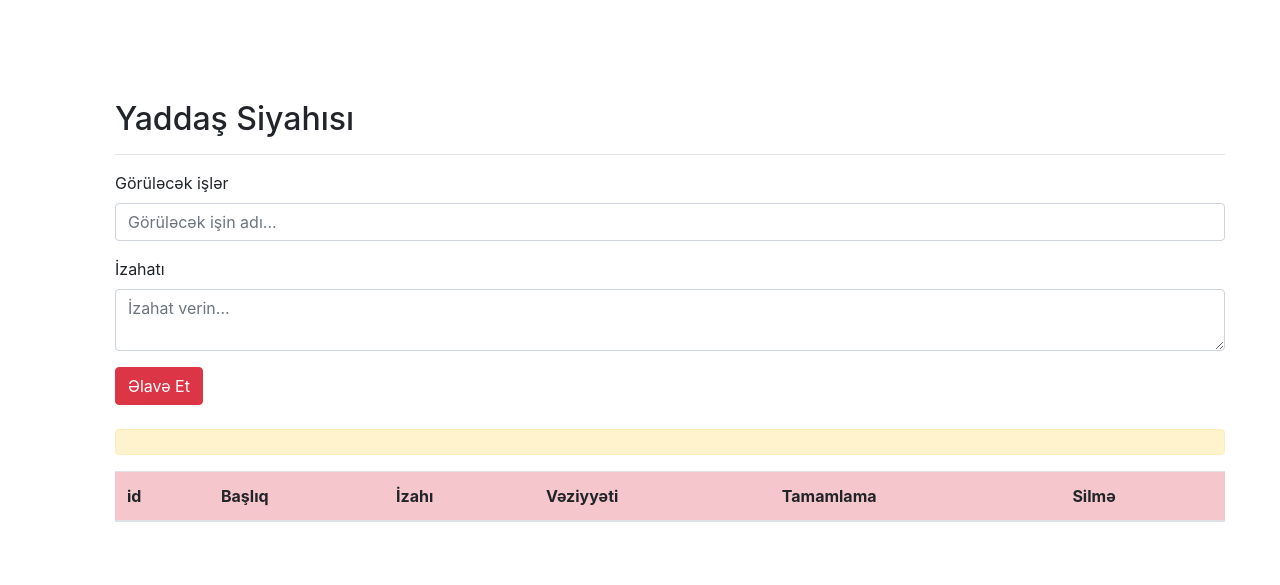
Repository: elvinyeka/ToDoApp
Page: http://localhost/
An editor plug-in stored every save of this project. The page is shown before and after the next save, followed by the edit.
The browser window is 1280 px wide. The pictures show the whole page.
Some web libraries are served in a nearby version. The page is served by the project's application, run on Flask 3 (todo.py). Queries for data that is not in the repository find no rows.

Above is the page before, as saved 2020-09-27 22:36:28.

### templates/index.html
<!DOCTYPE html>
<html lang="en">

<head>
    <meta charset="UTF-8">
    <meta name="viewport" content="width=device-width, initial-scale=1.0">
    <link rel="stylesheet" href="https://maxcdn.bootstrapcdn.com/bootstrap/4.0.0/css/bootstrap.min.css" integrity="sha384-Gn5384xqQ1aoWXA+058RXPxPg6fy4IWvTNh0E263XmFcJlSAwiGgFAW/dAiS6JXm" crossorigin="anonymous">
    <title>ToDoApp</title>
</head>

<body>
    <div style="margin: 100px;" class="container">
        <h2>Yaddaş Siyahısı</h2>
        <hr>
        <form action="/add" method="POST">
            <div class="form-group">
                <label for="todolist">Görüləcək işlər</label>
                <input type="text" name="title" class="form-control" id="todolist" placeholder="Görüləcək işin adı...">
            </div>
            <div class="form-group">
                <label for="explanation">İzahatı</label>
                <textarea type="text" name="content" class="form-control" id="explanation" placeholder="İzahat verin..."></textarea>
            </div>

            <button type="submit" class="btn btn-danger">Əlavə Et</button>
        </form>
        <br> {% if todos == [] %}

        <div class="alert alert-warning">

        </div>

        {% else %} {% endif %}

        <table class="table table-hover">
            <thead class="table-danger">
                <tr>
                    <th scope="col">id</th>
                    <th scope="col">Başlıq</th>
                    <th scope="col">İzahı</th>
                    <th scope="col">Vəziyyəti</th>
                    <th scope="col">Tamamlama</th>
                    <th scope="col">Silmə</th>
                </tr>
            </thead>
            <tbody>
                {% for todo in todos %}
                <tr>
                    <th scope="row">{{todo.id}}</th>
                    <td>{{todo.title}}</td>
                    <td>{{todo.content}}</td>
                    {% if todo.complete == False %}
                    <td>Tamamlanmayıb!</td>
                    {% else %}
                    <td>Tamamlanıb!</td>
                    {% endif %}
                    <td>
                        <a href="/complete/{{todo.id}}" class="btn btn-danger">Tamamla</a>
                    </td>
                    <td>
                        <a href="/delete/{{todo.id}}" class="btn btn-danger">Sil</a>
                    </td>
                </tr>
                {% endfor %}
            </tbody>


        </table>
    </div>


    <script src="https://code.jquery.com/jquery-3.2.1.slim.min.js" integrity="sha384-KJ3o2DKtIkvYIK3UENzmM7KCkRr/rE9/Qpg6aAZGJwFDMVNA/GpGFF93hXpG5KkN" crossorigin="anonymous"></script>
    <script src="https://cdnjs.cloudflare.com/ajax/libs/popper.js/1.12.9/umd/popper.min.js" integrity="sha384-ApNbgh9B+Y1QKtv3Rn7W3mgPxhU9K/ScQsAP7hUibX39j7fakFPskvXusvfa0b4Q" crossorigin="anonymous"></script>
    <script src="https://maxcdn.bootstrapcdn.com/bootstrap/4.0.0/js/bootstrap.min.js" integrity="sha384-JZR6Spejh4U02d8jOt6vLEHfe/JQGiRRSQQxSfFWpi1MquVdAyjUar5+76PVCmYl" crossorigin="anonymous"></script>
</body>

</html>

### todo.py
from flask import Flask,render_template,request,redirect,url_for
from flask_sqlalchemy import SQLAlchemy

app = Flask(__name__)
app.config['SQLALCHEMY_DATABASE_URI'] = 'sqlite:////Users/Elvin/Desktop/ToDoApp/todo.db'
db = SQLAlchemy(app)

@app.route("/")
def index():
    todos = Todo.query.all()

    return render_template("index.html",todos = todos)

@app.route("/add", methods=["POST"])
def addTodo():
    title = request.form.get("title")
    content = request.form.get("content")

    newTodo = Todo(title=title,content=content, complete=False)

    db.session.add(newTodo)
    db.session.commit()
    return redirect(url_for("index"))

@app.route("/complete/<string:id>")
def completeTodo(id):
    todo = Todo.query.filter_by(id=id).first()
    if (todo.complete == False):
        todo.complete = True
    else:
        todo.complete = False

    db.session.commit()
    return redirect(url_for("index"))

@app.route("/delete/<string:id>")
def deleteTodo(id):
    todo = Todo.query.filter_by(id=id).first()
    db.session.delete(todo)
    db.session.commit()
    return redirect(url_for("index"))

class Todo(db.Model):

    id = db.Column(db.Integer,primary_key=True)
    title = db.Column(db.String(80))
    content = db.Column(db.Text)
    complete = db.Column(db.Boolean)


if __name__ == "__main__":
    app.run(debug=True)

After the next save:
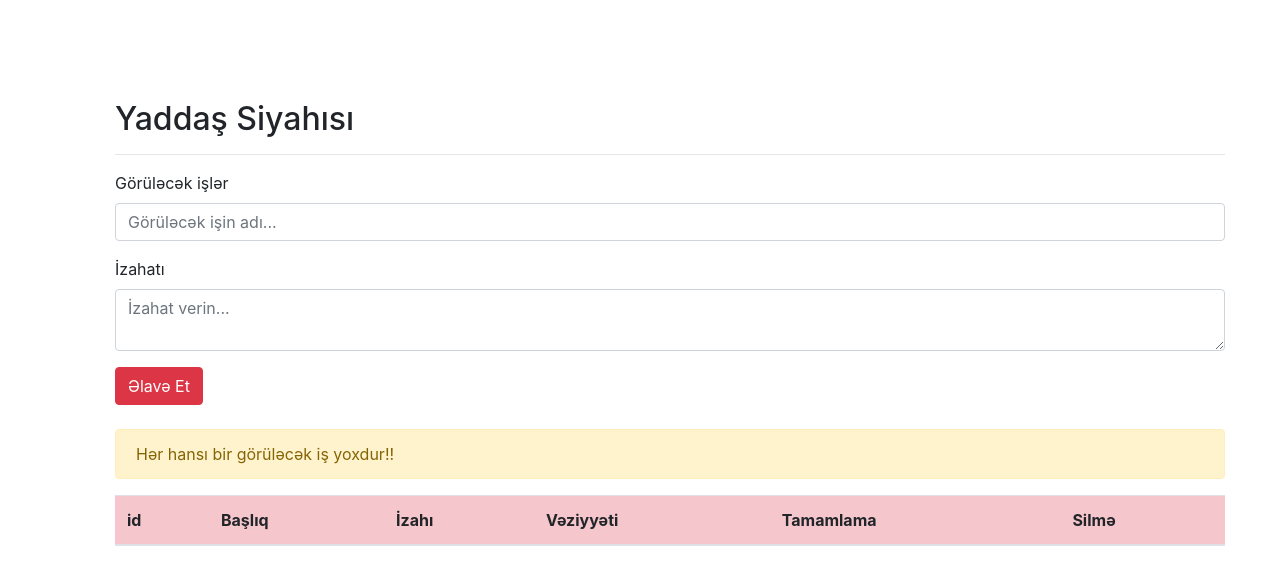
Saved 84 s later.
--- a/templates/index.html
+++ b/templates/index.html
@@ -27,7 +27,7 @@
         <br> {% if todos == [] %}
 
         <div class="alert alert-warning">
-
+            Hər hansı bir görüləcək iş yoxdur!!
         </div>
 
         {% else %} {% endif %}
